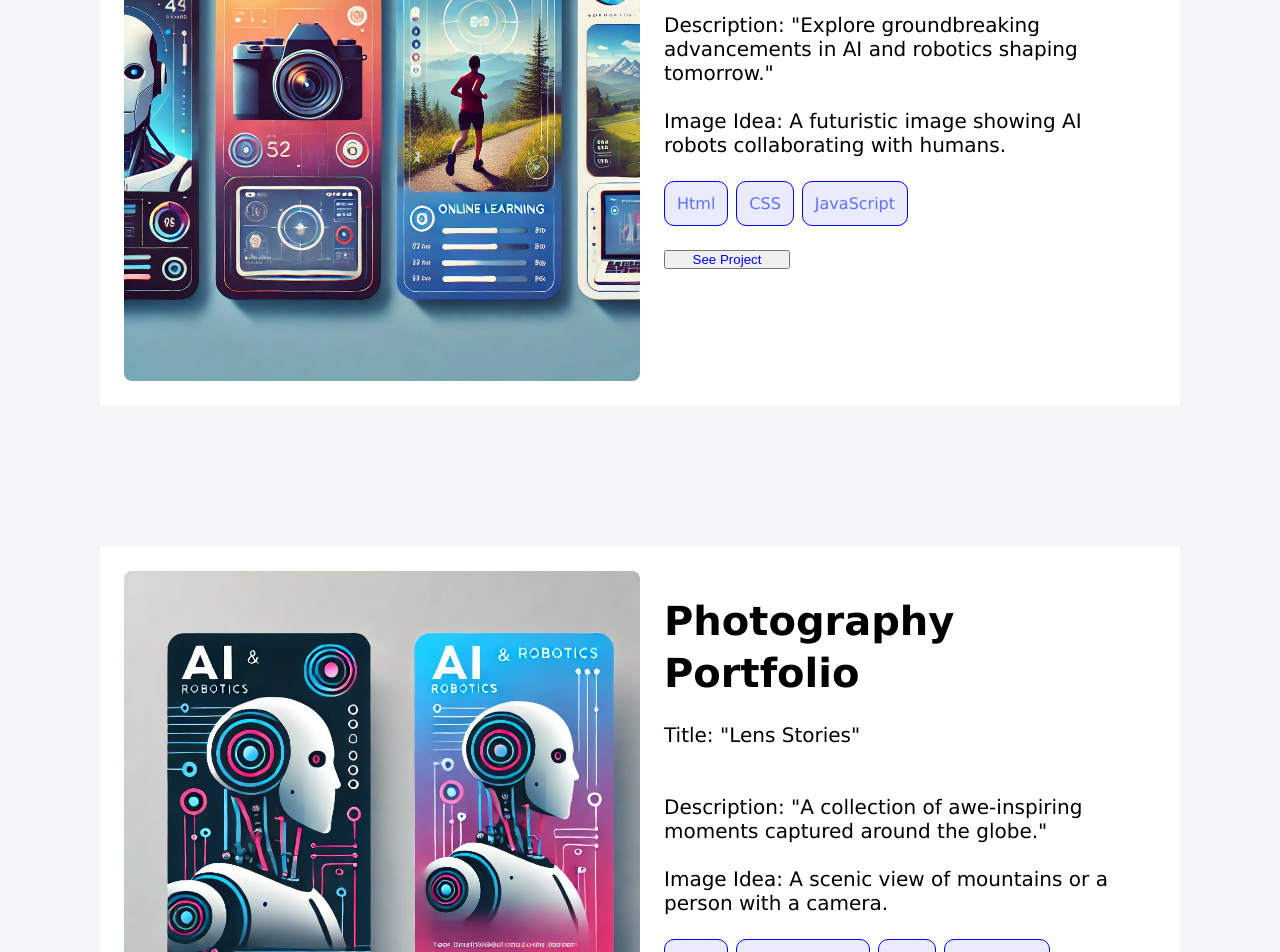
Repository: usman3123/portfolio-template-3
Page: portfolio.html
The author's editor kept a copy of each file at every save. The page is drawn from the files as they stood at one save, then again after the next save.
The browser window is 1280 px wide. The pictures show the part of the page from y = 1105 to 2057 px (the page is 3528 px tall before and 3572 px after).
A picture or video elsewhere on the page could not be fetched, so the positions and the page height are approximate. Some web libraries are served in a nearby version.

Above is the page before, as saved 2025-01-25 00:31:51.

### portfolio.html
<!DOCTYPE html>
<html lang="en">
<head>
  <meta charset="UTF-8">
  <meta name="viewport" content="width=device-width, initial-scale=1.0">
  <title>project 2</title>
  <link rel="stylesheet" href="style.css">
  <link href='https://unpkg.com/boxicons@2.1.4/css/boxicons.min.css' rel='stylesheet'>
  <link rel="stylesheet" href="https://cdnjs.cloudflare.com/ajax/libs/font-awesome/6.6.0/css/all.min.css" integrity="sha512-Kc323vGBEqzTmouAECnVceyQqyqdsSiqLQISBL29aUW4U/M7pSPA/gEUZQqv1cwx4OnYxTxve5UMg5GT6L4JJg==" crossorigin="anonymous" referrerpolicy="no-referrer" />
  <link rel="stylesheet" href="https://cdnjs.cloudflare.com/ajax/libs/font-awesome/6.6.0/css/all.min.css" integrity="sha512-Kc323vGBEqzTmouAECnVceyQqyqdsSiqLQISBL29aUW4U/M7pSPA/gEUZQqv1cwx4OnYxTxve5UMg5GT6L4JJg==" crossorigin="anonymous" referrerpolicy="no-referrer" />

  <link rel="stylesheet" href="https://cdnjs.cloudflare.com/ajax/libs/font-awesome/6.7.2/css/all.min.css">
  <link rel="preconnect" href="https://fonts.googleapis.com">
<link rel="preconnect" href="https://fonts.gstatic.com" crossorigin>
<link href="https://fonts.googleapis.com/css2?family=Poppins:ital,wght@0,100;0,200;0,300;0,400;0,500;0,600;0,700;0,800;0,900;1,100;1,200;1,300;1,400;1,500;1,600;1,700;1,800;1,900&display=swap" rel="stylesheet">
</head>

<body>
<section class="webpage">
  <!-- Navbar -->

 <div class="hero-page">
  <div class="header-div">
    <nav class="nav-bar flex">
        <h4 class="nav-heading">My Logo</h4>
        <div class="nav-links flex">
            <a href="#myportfolio" class="link">Portfolo</a>
            <a href="myabout" class="link">About</a>
            <a href="mycontact" class="link" >Contact</a>
        </div>
        <i class="fa-solid fa-light fa-bars fa-xl " id="nav-icon"></i>
    </nav>
</div>

  <!-- Main Content -->
  <section id="myportfolio" class="hero-section flex">
    <div class="hero-content flex">
        <h1 class="hero-head"> I'm USMAN!
          Glad to see you.
      </h1>
      <p class="hero-p">
         I'm a software developer! I can help you build a product , feature or website Look through  some of my work and experience! If you like what you see and have a project you need coded, don’t hesitate to contact me.
      </p>
     <p class="let-connect"> LET'S CONNECT</p>

      <div class="icons flex">
          <img src="/assets/twitter.png" class="media-icon">
          <img src="assets/Linkedin.png" class="media-icon">
          <img src="assets/M.png" class="media-icon">
          <img src="assets/Github.png" class="media-icon">
          <img src="assets/V.png" class="media-icon">
      </div>
    </div>
  </section>

 </div>
  <!-- Cards Section -->

  <section class="cards flex">
    <div class="card flex">
      <img class="card-img" src="/assets/card-1img.webp" alt="CARD_!_IMG">
      <div class="card-content flex">
        <h2>Technology Blog</h2>
        <p class="content-p">Title: "Innovating the Future"</p>
        <p class="content-p">Description: "Explore groundbreaking advancements in AI and robotics shaping tomorrow."</p>
        <p class="content-p">Image Idea: A futuristic image showing AI robots collaborating with humans.</p>
        <div class="languages flex">
          <p class="lang">Html</p>
          <p class="lang">CSS</p>
          <p class="lang">JavaScript</p>
        </div>
        <button class="content-btn">See Project</button>
      </div>
    </div>
    <div class="card flex">
      <img class="card-img" src="/assets/card-2img.webp" alt="CARD_!_IMG">
      <div class="card-content flex">
        <h2>Photography Portfolio</h2>
        <p class="content-p">Title: "Lens Stories"<p>
        <p class="content-p">Description: "A collection of awe-inspiring moments captured around the globe."</p>
        <p class="content-p">Image Idea: A scenic view of mountains or a person with a camera.
        </p>
        <div class="languages flex">
          <p class="lang">Html</p>
          <p class="lang">Ruby on Rails</p>
          <p class="lang">CSS</p>
          <p class="lang">JavaScript</p>
        </div>
        <button class="content-btn">See Project</button>
      </div>
    </div>
    <div class="card flex">
      <img class="card-img" src="/assets/card-3img.jpeg" alt="CARD_!_IMG">
      <div class="card-content flex">
        <h2>Fitness App</h2>
        <p class="content-p">Title: "MoveSmart"<p>
        <p class="content-p">Description: "Your companion for tracking workouts and achieving fitness goals."</p>
        <p class="content-p">Image Idea: A person jogging with fitness metrics displayed.</p>
        <div class="languages flex">
          <p class="lang">Html</p>
          <p class="lang">Ruby on Rails</p>
          <p class="lang">CSS</p>
          <p class="lang">JavaScript</p>
        </div>
        <button class="content-btn">See Project</button>
      </div>
    </div>
    <div class="card flex">
      <img class="card-img" src="/assets/card-4img.jpeg" alt="CARD_!_IMG">
      <div class="card-content flex">
        <h2>Online Learning</h2>
        <p class="content-p">Title: "Skillify"p>
        <p class="content-p">Description: "Join courses from world-class instructors and master new skills."</p>
        <p class="content-p">Image Idea: A laptop with an open notebook and a student studying.</p>
        <div class="languages flex">
          <p class="lang">Html</p>
          <p class="lang">Ruby on Rails</p>
          <p class="lang">CSS</p>
          <p class="lang">JavaScript</p>
        </div>
        <button class="content-btn">See Project</button>
      </div>
    </div>
  </section>


   <!-- ABOUT MYSELF -->

  <!-- <section id="myabout" class="about flex">

    <div class="about-intro flex">
      <h1 style="font-size: 40px;">About Myself</h1>
      <p class="about-paragraph">Hello I'm a software developer! I can help you build a product , feature or website Look through some of my work and experience! If you like what you see and have a project you need coded, don't hesitate to contact me.</p>
        <p class="let-connect">Let's Connect</p>
        <div class="icons flex icon-gap">
          <img src="assets/twitter.png" class="twitter">
          <img src="assets/Linkedin.png" class="inimage">
          <img src="assets/M.png" class="mimage">
          <img src="assets/Github.png" class="tomimage">
          <img src="assets/V.png" class="protocol">
      </div>
      <button class="button rsm-btn"> Get my resume</button>
    </div>

    <div class="about-skills flex">
      <div class="about-all flex">
        <p>Languages</p>
        <i class='bx bx-chevron-down'></i>
      </div>
      <div class="about-lang flex">
        <div class="about-lang-img flex">
          <i class="fa-brands fa-js" style="color: #ff0000;"></i>
          <p>JavaScript</p>
        </div>
        <div class="about-lang-img flex">
          <i class="fa-brands fa-html5" style="color: #FFD43B;"></i>
          <p>Html</p>

        </div>
        <div class="about-lang-img flex">
          <i class="fa-brands fa-css3-alt" style="color: #74C0FC;"></i>
          <p>css</p>
        </div>
      </div>
      <div class="about-all flex">
        <p> Frameworks</p>
        <i class='bx bx-chevron-right'></i>
      </div>
      <div class="about-all flex">
        <p>Skills</p>
        <i class='bx bx-chevron-right'></i>
        </div>
        </div>
        <div class="contact-section flex">
            <h4 class="contact-paragraph">I'm always interested in hearing about new projects, so if you'd like to chat please get in touch.</h4>
            <form action="submit-form" class="contact-form flex">
                <div class="names flex">
                    <input type="text" placeholder="Full name" class="first-name">
                    <input type="text" placeholder="last name" class="last-name">
      </div>
        <div class="contact-section flex">
            <h4 class="contact-paragraph">I'm always interested in hearing about new projects, so if you'd like to chat please get in touch.</h4>
            <form action="submit-form" class="contact-form flex">
                <div class="names flex">
                    <input type="text" placeholder="Full name" class="first-name">
                    <input type="text" placeholder="last name" class="last-name">
    </div>
  </section> -->

  <!-- Contact section -->

  <!-- <section id="mycontact" class="contact-section">
    <h1 class="contact-heading">Contact Me</h1>
    <p class="contact-description">
        If you have an application you are interested in developing, a feature that you need built, or a project that needs coding, I'd love to help with it!
    </p>
    <form class="contact-form">
        <input class="form-input" type="text" placeholder="Your Name">
        <input class="form-input" type="email" placeholder="Your Email">
        <textarea class="form-message" placeholder="Write your message here..."></textarea>
        <button class="form-button">Get in Touch</button>
    </form>

</section>

</main> -->
</section>

<script src="index.js"></script>
</body>
</html>

### style.css
*{
    margin: 0;
    padding: 0;
    box-sizing: border-box;
}

body {
    font-family: Verdana, Geneva, Tahoma, sans-serif;
    background-color: #f4f5f7;
}

.flex {
    display: flex;
}

/* nav-bar */

.header-div {
    background-color: #3c3a39;
    width: 100%;
}

.nav-bar {
    justify-content: space-between;
    color: white;
    max-width: 1204px;
    align-items: center;
    padding: 10px 24px;
}

.nav-heading {
    font-size: 30px;
}

.nav-links {
    gap: 40px;
    align-items: center;
    font-size: 25px;
    display: none;
}
.nav-icon {
    display: flex;
    width: 24px;
}


/* hero-section */

.hero-page {
    background-color: white;
    border-bottom-left-radius: 190px;
    background-image: url(/assets/Header\ bg@2x.png);
    background-size: contain;
    max-height: 846px;
    background-position: center;
    background-repeat: no-repeat;
    max-width: 1440px;
}
.hero-section {
    height: 846px;
    align-items: center;
    justify-content: center;
    padding-left: 20%;
}
.hero-content {
    flex-direction: column;
    gap: 20px;
}
.hero-head {
    font-size: 48px;
    font-weight: 700;
    width: 35%;
}

.hero-p {
    font-size: 25px;
    line-height: 28px;
    color: #344563;

    width: 73%;
}

.let-connect {
    color: #1d32f7;
    font-size: 20px;
    font-weight: 500;
    line-height: 24px;
}

.media-icon {
    height: 35px;
}

.icons {
    gap: 10px;
}

.nav-head {
    max-width: 1440px;
    width: 100%;
}
.enable {
    color: blue;
}
.link {
    color: white;
    text-decoration: none;
}

/* card-section */

.cards {
    flex-direction: column;
    align-items: center;
    gap:142px;
    padding: 100px;
}
.card {
    background-color: white;
    max-width: 1156px;
    width: 100%;
    padding: 24px;
}
.card-img {
    max-width: 544px;
    width: 50%;
    border-radius:8px ;
}

.card-content {
    padding: 24px;
    flex-direction: column;
    gap: 24px;
}

.card-content > h2 {
    font-size: 40px;
    font-weight: 700;
    line-height: 52px;
}
.content-p {
    font-size: 20px;
    font-weight: 400;
    line-height: 24px;
}

.languages {
    gap: 8px;
}

.lang {
    padding: 4px 12px;
    color: #6070ff;
    background-color: #ebebff;
    border-radius: 10px;
    padding: 12px;
    border: 1px solid blue;
}

.content-btn {
    max-width: 126px;
    width: 100%;
    color: blue;
}

@media (max-width : 1100px) {
    .hero-head {
        width: 53%;
    }
}
@media (max-width : 500px) {
    .hero-head {
        width: 100%;
    }
    .hero-section {
        padding: 24px;
    }
    .hero-p {
        width: 100%;
    }
}
@media (min-width : 700px) {
    .nav-links {
        display: flex;
    }
    #nav-icon {
        display: none;
    }
}

Loaded but not shown: index.js (no copy from this time; the picture is the same without it)

After the next save:
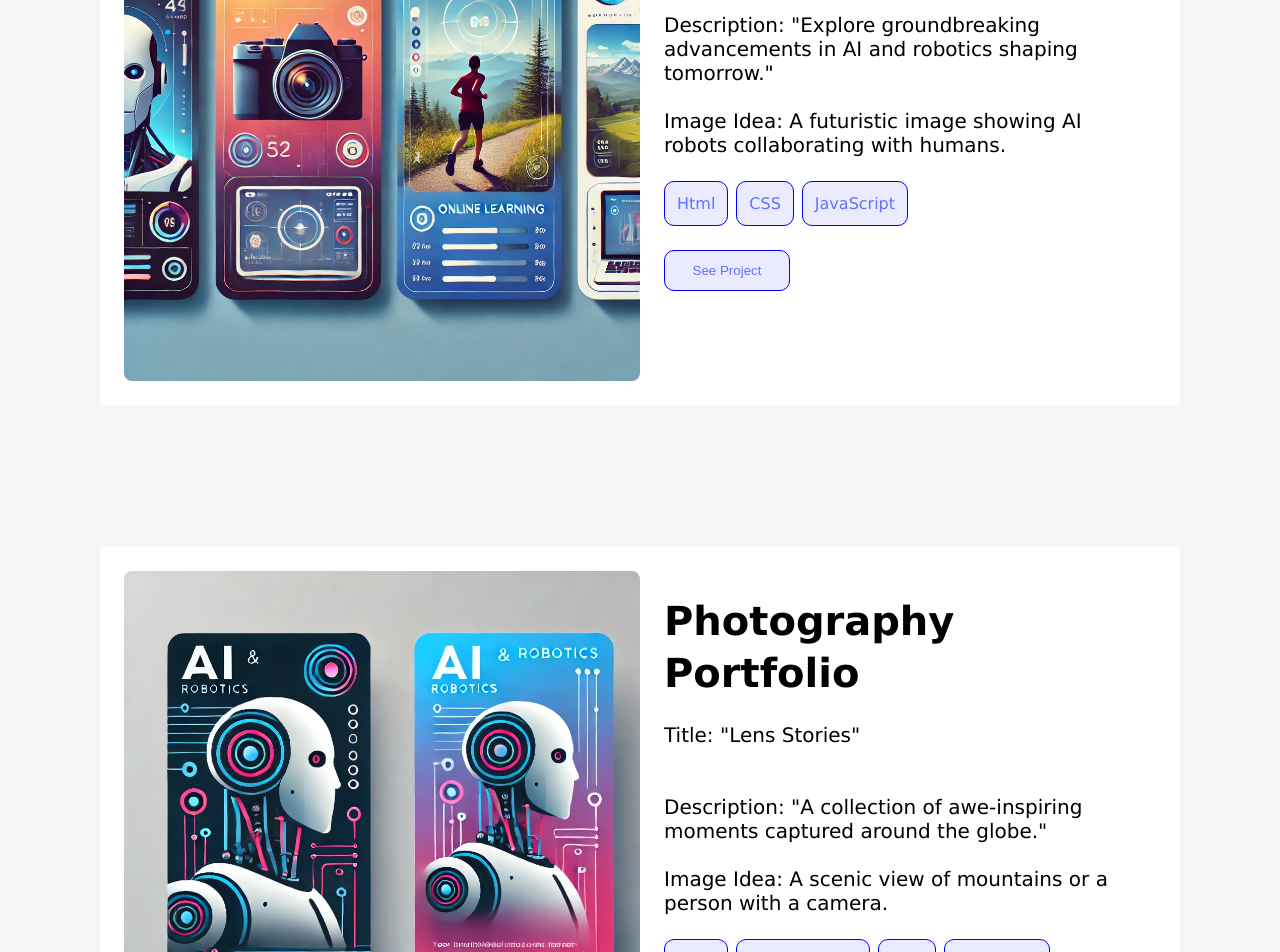
Saved 74 s later.
--- a/style.css
+++ b/style.css
@@ -160,7 +160,12 @@ body {
 .content-btn {
     max-width: 126px;
     width: 100%;
-    color: blue;
+    padding: 4px 12px;
+    color: #6070ff;
+    background-color: #ebebff;
+    border-radius: 10px;
+    padding: 12px;
+    border: 1px solid blue;
 }
 
 @media (max-width : 1100px) {
